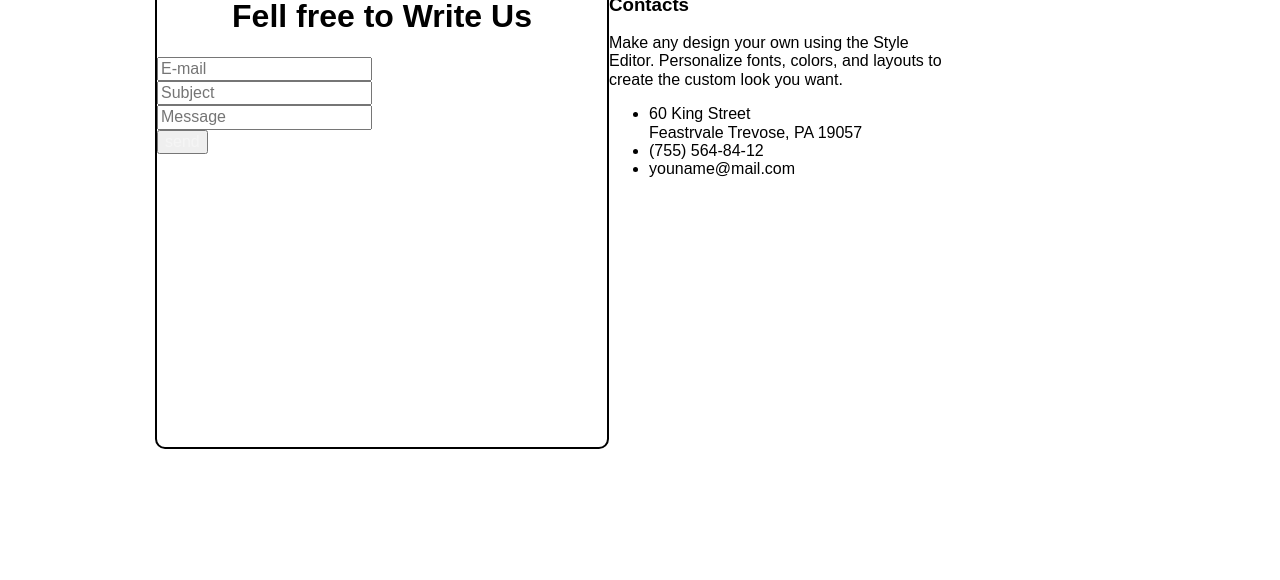
Repository: sogeisetsu/suy-ife
Page: 009-011/index.html
These files come from the project's save history. The page is drawn as it stood at one moment and after the next save; the edit follows.
The browser window is 1280 px wide. The pictures show the part of the page from y = 3840 to 4420 px (the page is 4420 px tall).
A picture or video elsewhere on the page could not be fetched, so the positions and the page height are approximate.

Above is the page before, as saved 2019-10-13 00:28:50.

### 009-011/index.html
<!DOCTYPE html>
<html>
    <head>
        <meta name="charset" content="utf-8">
        <meta http-equiv="refresh" content="30">
        <link rel="stylesheet" href="normalize.css" type="text/css">
        <link rel="stylesheet" href="index.css" type="text/css">
    </head>
    <body>
        <div id=head>
            <div class=headback>
                <img src="sucai/head-back.png" alt="头部背景" class="head-image">
                <div class="headbackcolor"></div>
            </div>
            <div class="headfont">
                <h1 class="headfonttittle">Hello World</h1>
                <p class="headfonttext">China is speeding up strategic plan, standards, traffic rules, laws and regulations on  </p>
                <p class="headfonttext">accident-incurred liabilities for its smart car industry, Economic Information Daily </p>
                <p class="headfonttext">reported Thursday.</p>
            </div>
            <div class="headform">
                <h2 class="tittle">Create Your Account</h2>
                <p class="text">It is absolutely free</p>
                <form action="#">
                    <input class="input-field" type="email" name="email" id="email" placeholder="Create your email">
                    <input class="input-field" type="password" name="pws" id="pws" placeholder="Create your password">
                    <input class="sign-up" type="button" value="Sign Up">
                </form>
            </div>
        </div>
        <div id="page2">
            <div class="p2head">
                <p>Boatloads of Awesome</p>
                <h2>Ready-made, customizable, HTML <br>landing page sections</h2>
            </div>
            <div class="p2text">
                <div class="iphone">
                    <img src="sucai/Iphone Icon.png" alt="iphone">
                    <div class="texto">
                    <p class="tittle">Mobile First</p>
                    <p class="text">All modulz are built mobile-first for maximum<br>device compatibil </p>
                    </div>
                </div>
                <div class="check">
                    <img src="sucai/Check Icon.png" alt="check">
                    <div class="texto">
                    <p class="tittle">Accessibility</p>
                    <p class="text">Support for IE8, mobile and tablet devices,<br> screenreaders and color blind</p>
                    </div>
                </div>
                <div class="pencil">
                    <img src="sucai/Pencil Icon.png" alt="pencil">
                    <div class="texto">
                    <p class="tittle">Fluid Typography</p>
                    <p class="text">On different screen sizes, fonts automagically<br> scale with the viewport.</p>
                    </div>
                </div>
                <div class="setting">
                    <img src="sucai/Settings Icon.png" alt="setting">
                    <div class="texto">
                    <p class="tittle">Customization</p>
                    <p class="text">Make any design your own using the Style<br> Editor. Personalize fonts, colors, and layouts to<br> create the custom look you want.</p>
                    </div>
                </div>
            </div>
        </div>
        <div id=page3>
            <div class=page3back>
                <img src="sucai/page3background.png" alt="第三张背景" class="page3-image">
                <!-- <img src="sucai/page3Screen.png" alt="ipad屏幕" class="page3-screen"> -->
                <div class="headbackcolor"></div>
                <img src="sucai/page3Screen.png" alt="ipad屏幕" class="page3-screen">
            </div>
            <div class="page3text">
                <p class="tittle">Supportive policies<br> for China's smart<br> car</p>
                <p class="text">China will come up with its own smart car<br> standards, traffic rules, laws and regulations<br> relating to safety, according to the China<br> Industry Innovation Alliance for the Intelli-<br>gent and Connected Vehicles.</p>
                <input class="CheckoutFeatures" type="button" value="CHECK OUT FEATURES">
                <input class="TryproductforFree" type="button" value="Try product for Free">
            </div>
        </div>
        <div id="page4">
            <h2 class="tittle">Try Our Awesome Products</h2>
            <div class="text">
                <div class="singleton">
                    <img src="sucai/Singleton.png" alt="singleton">
                    <p>Li Jun, a China Academy of Engi-<br>neering academician and also<br> director of the alliance's experts'<br> committee, said that China will<br> also launch design guidance for<br> smart cars, smart map architec-<br>ture and standards for test<br> grounds.</p>
                </div>
                <div class="hero">
                    <img src="sucai/Hero.png" alt="hero">
                    <p>Li said the smart car industry is<br> able to enlarge the current car<br> industry by 1 trillion yuan ($158.15<br> billion) and also able to boost fast<br> development in 5G, internet of<br> cars, big data, artificial intelligence<br> and new-energy vehicles.</p>
                </div>
                <div class="portlaned">
                    <img src="sucai/Portland.png" alt="portland">
                    <p>Zhang Junyi, a partner with NIO<br> Capital, said that the smart car is<br> the trend for the car industry and<br> China's auto sector will usher in a<br> new key development stage with<br> the improvement of infrastructure,<br> technology, policies and laws</p>
                </div>
            </div>
        </div>
        <div id="page5">
            <div class="p5text">
            <div class="tree">
                <img src="sucai/tree.png" alt="树木">
                <div class="tree-text">
                    <h3>Learn How to Improve Your <br>Personal Business</h3>
                    <p>Li Jun, a China Academy of Engineering<br> academician and also director of the<br> alliance's experts' committee, said that<br> China will also launch design guidance<br> for smart cars, smart map architecture<br> and standards for test grounds.</p>
                </div>
            </div>
            <div class="bird">
                <!-- <img src="sucai/bird.png" alt="鸟"> -->
                <div class="bird-text">
                    <h3>Choose Between Two Beautifully<br> Designed Color Schemes.</h3>
                    <p>China will come up with its own smart<br> car standards, traffic rules, laws and reg-<br>ulations relating to safety, according to<br> the China Industry Innovation Alliance<br> for the Intelligent and Connected<br> Vehicles.</p>
                </div>
                <img src="sucai/bird.png" alt="鸟">
            </div>
            </div>
        </div>
        <div id="page6">
            <div class="tittle">
                <h2>Our Awesome Crew</h2>
                <p>Our unique online teaching style makes learning easy for everyone. Whether you<br> are trying to land a new job, brush up on your skills.</p>
            </div>
            <div class="text">
                <div class="one">
                    <img src="sucai/张思远大.png" alt="张思远大.png">
                    <div class="one-des">
                            <h4>Ethan Dutton</h4>
                            <p>Senior Visual Designer</p>
                            <ul class="social-buttons">
                                <li><a href="#" class="icon icon-facebook"></a></li>
                                <li><a href="#" class="icon icon-instagram"></a></li>
                                <li><a href="#" class="icon icon-twitter"></a></li>
                            </ul>
                    </div>
                </div>
                <div class="one">
                    <img src="sucai/ren2.png" alt="ren3">
                    <div class="one-des">
                            <h4>Ethan Dutton</h4>
                            <p>Senior Visual Designer</p>
                            <ul class="social-buttons">
                                <li><a href="#" class="icon icon-facebook"></a></li>
                                <li><a href="#" class="icon icon-instagram"></a></li>
                                <li><a href="#" class="icon icon-twitter"></a></li>
                            </ul>
                    </div>
                </div>
                <div class="one">
                    <img src="sucai/ren3.png" alt="ren3">
                    <div class="one-des">
                            <h4>Ethan Dutton</h4>
                            <p>Senior Visual Designer</p>
                            <ul class="social-buttons">
                                <li><a href="#" class="icon icon-facebook"></a></li>
                                <li><a href="#" class="icon icon-instagram"></a></li>
                                <li><a href="#" class="icon icon-twitter"></a></li>
                            </ul>
                    </div>
                </div>
                <div class="one">
                    <img src="sucai/沈大.png" alt="shenda">
                    <div class="one-des">
                            <h4>Ethan Dutton</h4>
                            <p>Senior Visual Designer</p>
                            <ul class="social-buttons">
                                <li><a href="#" class="icon icon-facebook"></a></li>
                                <li><a href="#" class="icon icon-instagram"></a></li>
                                <li><a href="#" class="icon icon-twitter"></a></li>
                            </ul>
                    </div>
                </div>
            </div>
        </div>
        <div id="page7">
            <div class="page7form">
                <h1>Fell free to Write Us</h1>
                <form action="#" class="form">
                    <input type="email" name="email" class="input-filed" id="email" placeholder="E-mail">
                    <input name="sub" class="input-filed" placeholder="Subject">
                    <input type="text"class="input-field" placeholder="Message">
                    <input type="button" class="send" value="send">
                </form>
            </div>
            <div class="p7text">
                <div class="text">
                    <h3>Contacts</h3>
                    <p>Make any design your own using the Style<br> Editor. Personalize fonts, colors, and layouts to<br> create the custom look you want.</p>
                    <ul>
                        <li class="add">60 King Street<br>Feastrvale Trevose, PA 19057  </li>
                        <li class="tel">(755) 564-84-12</li>
                        <li class="email">youname@mail.com</li>
                    </ul>
                </div>
            </div>
        </div>
    </body>
</html>

### 009-011/index.css
html,body{
    margin: 0;
    height: 100%;
    width: 100%;
    /* overflow: hidden; */
}
#head,#page2,#page3,#page7{
    width: 100%;
    height: 605px;
    overflow: hidden;
}
#page6{
    width: 100%;
    height: 900px;
    overflow: hidden;
}
#page5{
    width: 100%;
    height: 700px;
    overflow: hidden;
}

#page4{
    width: 100%;
    height: 400px;
    overflow: hidden;
}
.headback{
    position: relative;
    width: 100%;
    height: 100%;
    z-index: -1;
}
.page3back{
    width: 100%;
    height: 100%;
    z-index: -1;
}
.page3-screen{
    position: relative;
    bottom: 1210px;
    height: 70%;
    display: block;
     margin-top: 100px;
     margin-right: 0%;
     float: right;
}
.headbackcolor{
    background-color: rgba(12, 10, 8, 0.61);
    width: 100%;
    height: 100%;
    position: relative;
    bottom: 605px;
}
.head-image,.page3-image{
    height: 100%;
    width: 100%;
    display: block;
}
.headfont{
    position: relative;
    margin: 0;
    bottom: 605px;
    text-align: center;
}
.headfonttittle,.page3text .tittle{
    margin-top: 130px;
    font-size: 3em;
    color: rgb(245, 245, 245);
    font-weight: 300;
}
.headfonttext,.page3text .text{
    font-weight: 300;
    color: rgba(255, 255, 255, 0.568);
}
.headform{
    position: relative;
    bottom: 605px;
    margin: 40px auto;
    border-style: solid ;
    border-width: 2px;
    border-color: rgba(236, 235, 233, 0.445);
    border-radius: 10px;
    box-sizing: border-box;
    width: 850px;
    display: flex;
    flex-direction: column;
    height: 230px;
}
.headform .tittle{
    color: rgba(252, 249, 246, 0.89);
    text-transform: uppercase;
    font-size: 1em;
    text-align: center;
}
.headform .text{
    color: rgba(252, 249, 246, 0.616);
    text-transform: uppercase;
    font-size: 0.3em;
    text-align: center;
    margin-top: 0;
    font-family: Montserrat-Light;
}
.headform form{
    margin: 40px auto;
}
input{
    color: rgb(245, 245, 245);
}
.headform .input-field{
    width: 292px;
    height: 50px;
    padding: 18px 0 18px 22px;
    margin-right: 30px;
    box-sizing: border-box;
	border-radius: 2px;
	border: solid 1px rgba(255, 255, 255, 0.2);
    background: transparent;
}

.headform .sign-up,.page3text .CheckoutFeatures,.page3text .TryproductforFree{
    color: rgb(0, 0, 0);
    background-color: rgb(245, 245, 245);
    text-align: center;
    border: 0;
    height: 40px;
    width: 130px;
    text-transform: uppercase;
    font-size: 0.8em;
    font-weight: bold;
    border-radius: 2px;
    cursor: pointer;
    outline: none;
}
.page3text .CheckoutFeatures{
    width: 170px;
}
.page3text .TryproductforFree{
    background-color: transparent;
    width: 170px;
    border: solid 1px rgba(255, 255, 255, 0.2);
    color: rgba(245, 245, 245, 0.486);
    font-weight: 400;
    position: relative;
    left: 10px;
}
.headform .sign-up:active{
    border: 0;
    border-color: rgb(245, 245, 245);
    outline: none;
}
.p2head{
    text-align: center;
    margin-top: 90px;
}
.p2head p{
    text-transform: uppercase;
    /* letter-spacing: 0.2em; */
    font-weight: 400;
    font-size: 0.8em;
    margin-bottom: 2em;
}
.p2head h2{
    font-weight: 400;
    letter-spacing: 0.1em;
    line-height: 1.2em;

}
.p2text{
    margin-top: 50px;
    display: flex;
    flex-flow: row wrap;
    margin-left: 20%;
}
.iphone,.check,.pencil,.setting{
    flex: 50%;
    margin-bottom: 60px;
    margin-top: 40px;
    /* overflow: hidden; */
}
.iphone img,.iphone .texto,.check .texto,.check img,.pencil .texto,.pencil img,.setting img,.setting .texto{
    float: left;
}
.iphone .texto,.check .texto,.pencil .texto,.setting .texto{
    position: relative;
    left: 20px;
    bottom: 20px;
    margin: 0;
}
.texto .tittle{
    font-weight: bold;
}
.texto .text{
    font-size: 0.7em;
    color: rgba(0, 0, 0, 0.521);
}
.page3text{
    width: 70%;
    left: 15%;
    bottom: 605px;
    position: relative;
}
.page3text .tittle{
    font-size: 2em;;
}
.page3text .text{
    line-height: 1.5em;
}
#page4 .tittle{
    text-align: center;
    font-weight: 400;
}
#page4 .text{
    display: flex;
    flex-flow: row;
    text-align: center;
    align-items: center;
    justify-content: space-around;
    margin-top: 50px;
    margin-left: 10%;
    margin-right: 10%;
}
.portlaned p,.singleton p,.hero p{
    font-weight: 300;
    line-height: 1.5em;
}
.hero,.portlaned{
    position: relative;
    bottom: 13px;
}
#page5 .tree,#page5 .bird{
    display: flex;
    /* width: 2000px; */
    box-sizing: border-box;
    width: 100%;
    align-items: center;
    justify-content: space-around;
    /* margin-top: 50px;
    margin-left: 10%; */
    position: relative;
    /* bottom: 605px; */
}
#page5 .bird{
    margin-top: 40px;
}
.tree .tree-text{
    position: relative;
    right: 60px;
}
 .bird .bird-text{
     position: relative;
     left: 60px;
 }
.tree .tree-text p,.bird .bird-text p,.tree .tree-text h3,.bird .bird-text h3{
    line-height: 1.5em;
}
.tree .tree-text p,.bird .bird-text p{
    font-weight: 300;
}
/* .tree .tree-text{
    left: 200px;
} */
.p5text{
    margin-left: 5%;
    margin-right: 5%;
}
#page5 img{
    height: auto;
    width: 510px;
}
#page6 .tittle{
    text-align: center;
    margin-bottom: 50px;
}
#page6 .tittle p{
    line-height: 1.5em;
    font-weight: 300;
}
#page6 .text{
    width: 970px;
    margin: 0 auto;
    display: flex;
    flex-wrap: wrap;
    justify-content: space-between;
}
.one{
    width: 470px;
    height: 340px;
    margin-bottom: 30px;
    /* margin-top: px; */
    position: relative;
    box-shadow: 1px 1px 21px 0px rgba(20, 20, 20, 0.1);
	background-color: #b8b8b8;
    border-radius: 2px;
    overflow: hidden;
}
/* .one img,.two img,.there img,.four img{
    height: 200px;
    width: auto;
} */
 .one .one-des{
     background-color: #140b0b69;
     color: aliceblue;
     width: 470px;
     height: 340px;
     position: absolute;
     left: 0;
     top: 340px;
     transition: all 0.5s;
     padding-top: 40px;
 }
 .one:hover .one-des{
     top: 0px;
 }
 .social-buttons{
    width: 213px;
    list-style-type: none;
    margin: 40px auto;
    padding: 0;
    display: flex;
    justify-content: space-between;
}
.icon{
    display: block;
    width: 54px;
    height: 54px;
    background-position: 50% 50%;
    background-repeat: no-repeat;
}
.icon-facebook{
    background-image: url(sucai/Facebook.png);
}
.icon-instagram{
    background-image: url(sucai/Instagram.png);
}
.icon-twitter{
    background-image: url(sucai/Twitter.png);
}
.one-des h4{
    text-align: center;
}
.one-des p{
    text-align: center;
    font-size: 0.7em;
    color: rgba(240, 248, 255, 0.705);
}
#page7{
    width: 970px;
    margin-left: auto;
    margin-right: auto;
    display: flex;
}
.page7form{
    height: 470px;
    width: 450px;
    border: 2px;
    border-style: solid;
    border-radius: 10px;
    text-align: center;
}
.page7form, form input{
    display: block;

}

Loaded but not shown: 009-011/normalize.css (library)

After the next save:
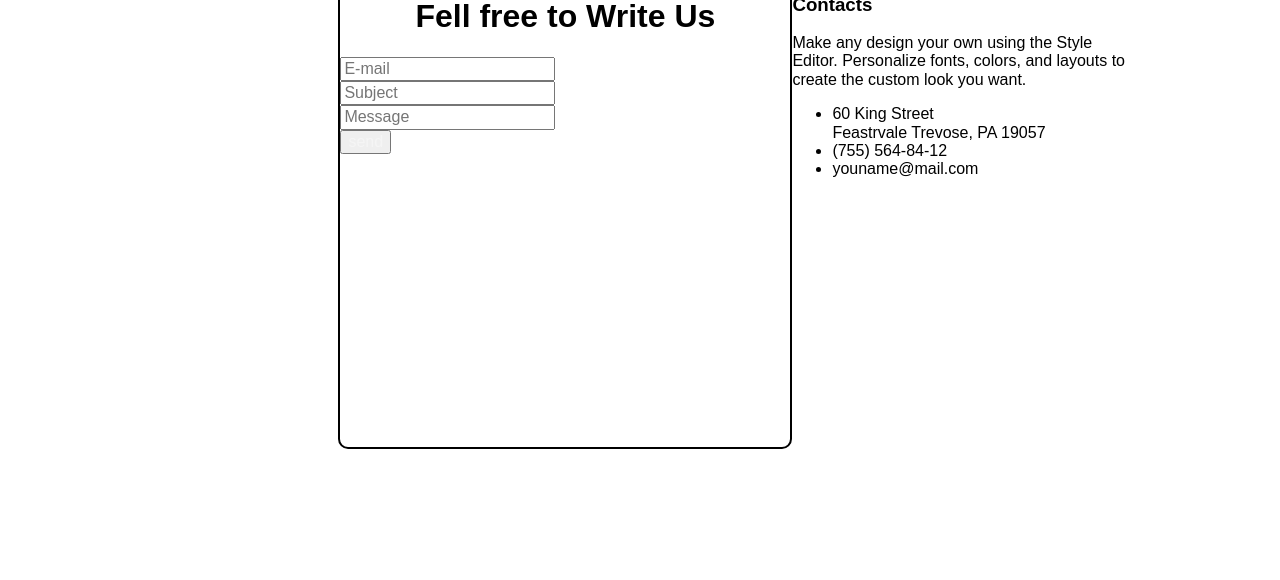
Saved 100 s later.
--- a/009-011/index.css
+++ b/009-011/index.css
@@ -362,3 +362,7 @@ input{
     display: block;
 
 }
+.page7form, form{
+    margin-left: auto;
+    margin-left: auto;
+}

After the save that followed:
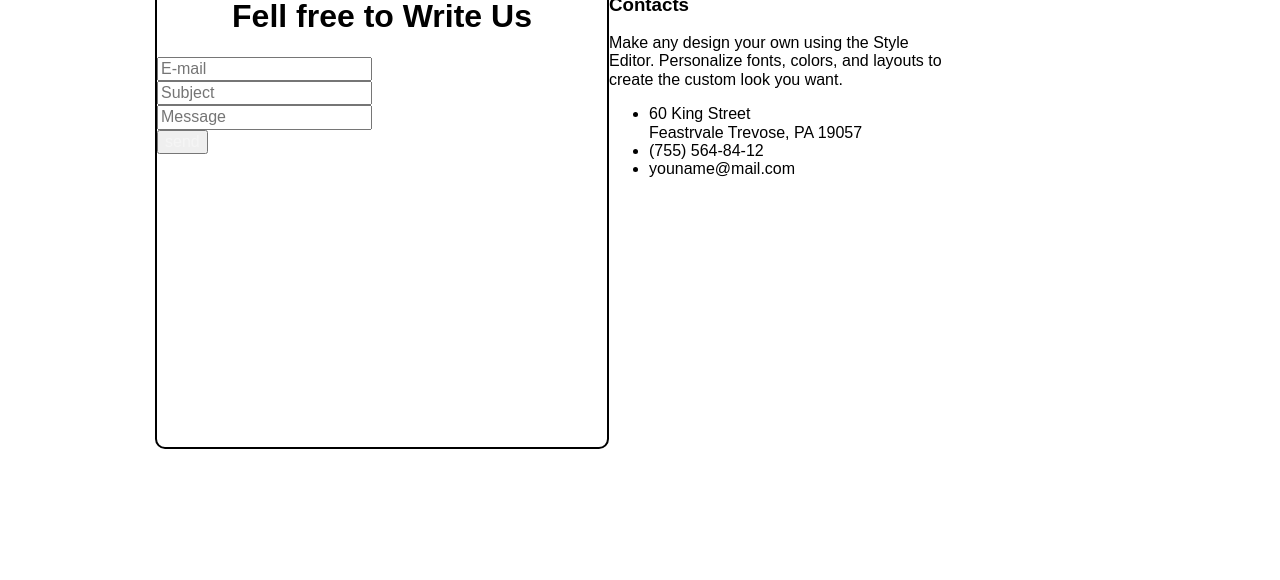
Saved 15 s later.
--- a/009-011/index.css
+++ b/009-011/index.css
@@ -363,6 +363,4 @@ input{
 
 }
 .page7form, form{
-    margin-left: auto;
-    margin-left: auto;
-}
+}
